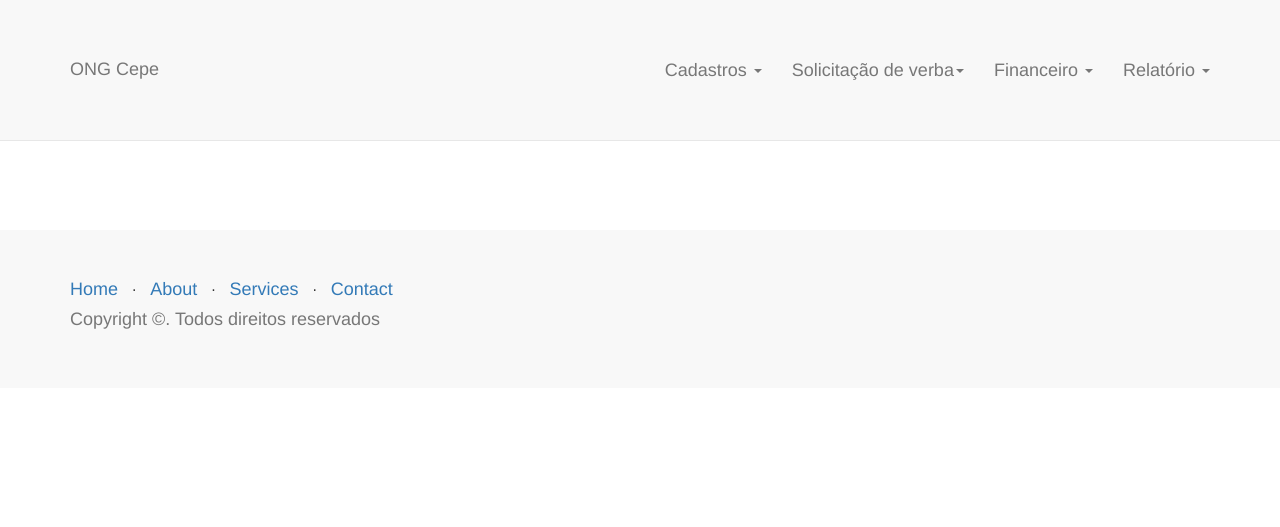
Repository: samaelsimoes/ong-cepe
Page: ong-cepe/WebContent/privado/usuario.html
These files come from the project's save history. The page is drawn as it stood at one moment and after the next save; the edit follows.
The browser window is 1280 px wide. The pictures show the whole page.

Above is the page before, as saved 2017-08-11 23:16:30.

After the next save:
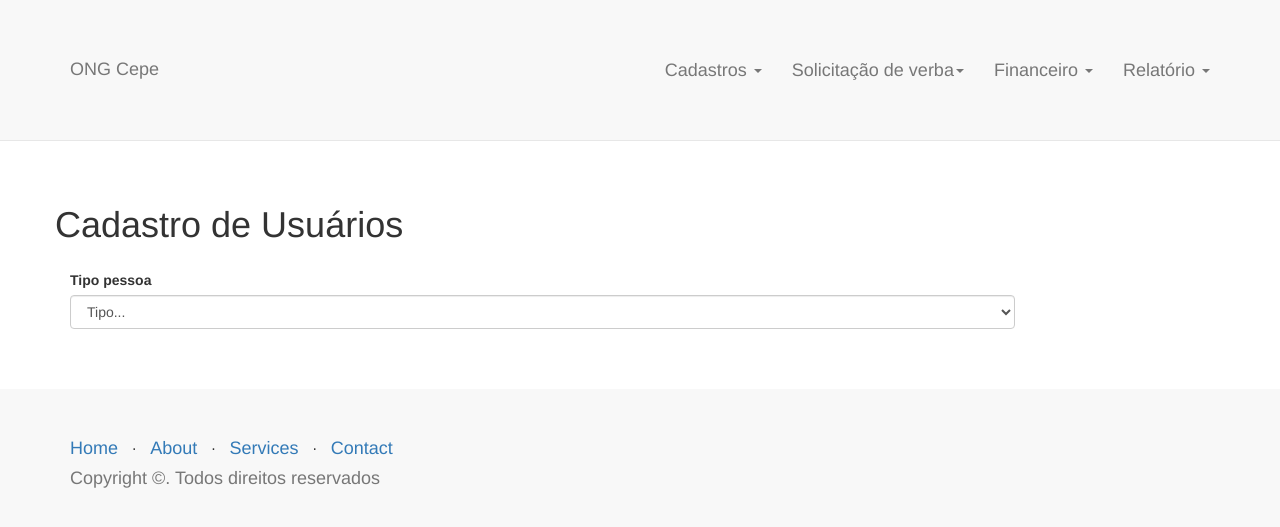
Saved 16 s later.
--- a/ong-cepe/WebContent/privado/usuario.html
+++ b/ong-cepe/WebContent/privado/usuario.html
@@ -20,7 +20,28 @@
 	<section id="header" class="custom-padding-header"></section>
 
 	<section class="padding-vertical-small">
+		  <div class="container">
+	        <div class="row">
+	            <div class="col-xs-12 custom-fontes">
 
+	            	<div class="form-group row">
+						<div class="col-6.col-md-4">
+
+							<h1>Cadastro de Usuários</h1>
+						</div>
+	            	</div>
+					<div class="form-group row ">
+						<div class="col-xs-6 col-md-10">
+						   <label class="col-2 col-form-label" for="tipopessoa">Tipo pessoa</label>
+
+						   <select class="form-control" id="tipopessoa">
+
+								<option selected>Tipo...</option>
+								<option value="1">Pessoa Física</option>
+								<option value="2">Pessoa Jurídica</option>
+						    </select>
+						</div>
+					</div>
 	</section>
 
 
